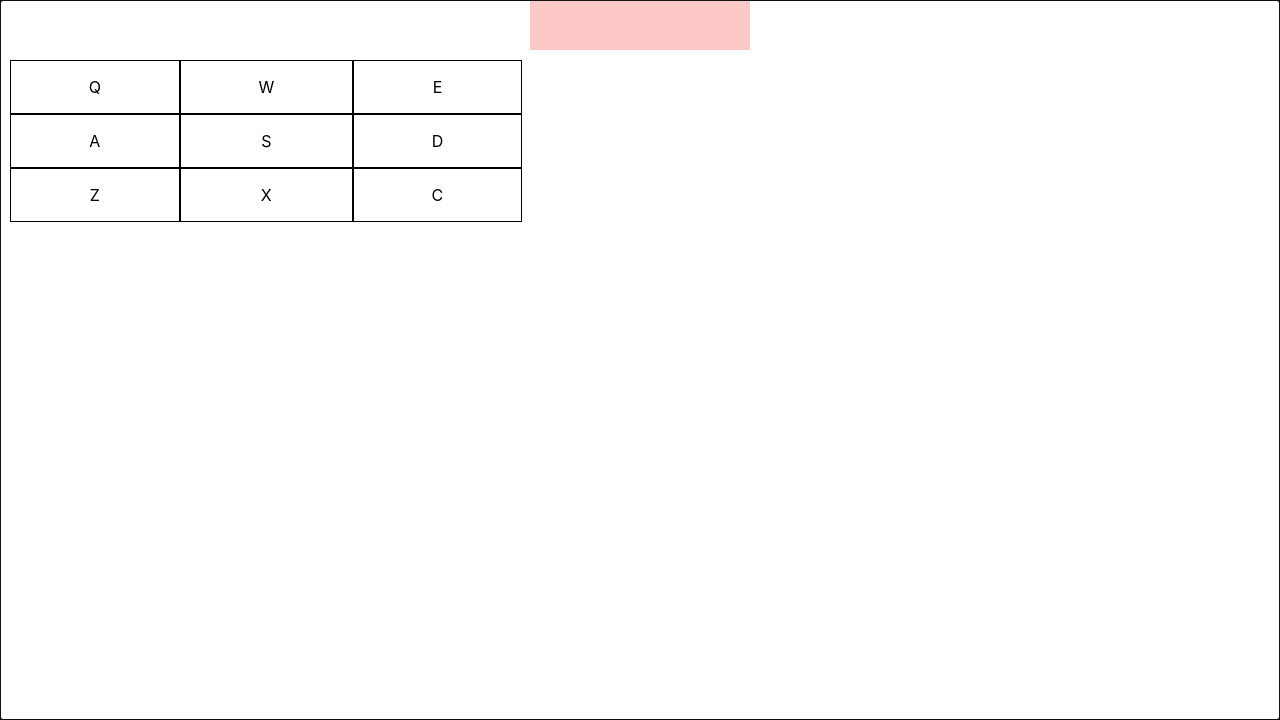
Repository: milac0/drum-machine
Page: /
An editor plug-in stored every save of this project. The page is shown before and after the next save, followed by the edit.
The browser window is 1280 px wide. The pictures show the whole page.
The project was rebuilt for these pictures with package versions that can differ from the ones it lists, and the page was loaded fresh each time.

Above is the page before, as saved 2019-10-25 17:07:24.

After the next save:
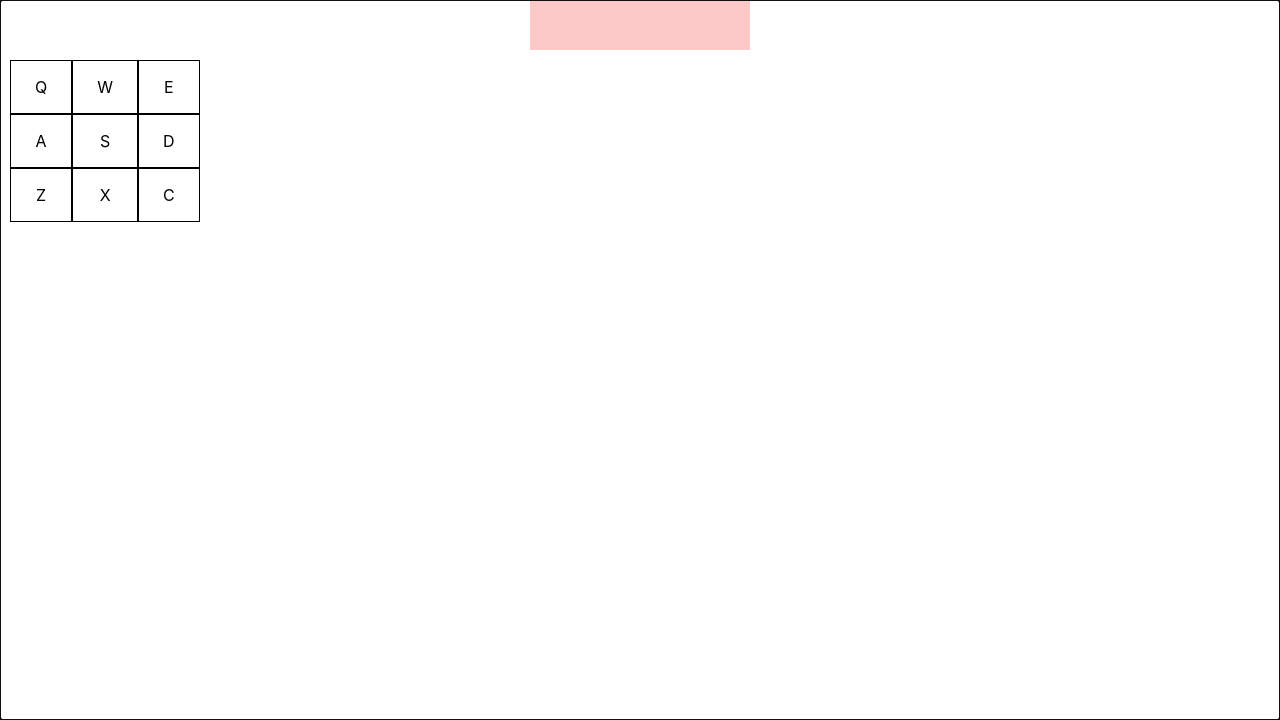
Saved 62 s later.
--- a/src/App.css
+++ b/src/App.css
@@ -4,13 +4,12 @@
 }
 
 #drum-pads {
-  width: 40%;
-  height: auto;
-  margin: 0 auto;
+  width: 80px;
+  height: 80px;
+  margin: 0;
   padding: 10px;
   position: relative;
   margin: 0 auto;
-  align-self: auto;
   display: inline-grid;
 }
 

After the 2 saves that followed:
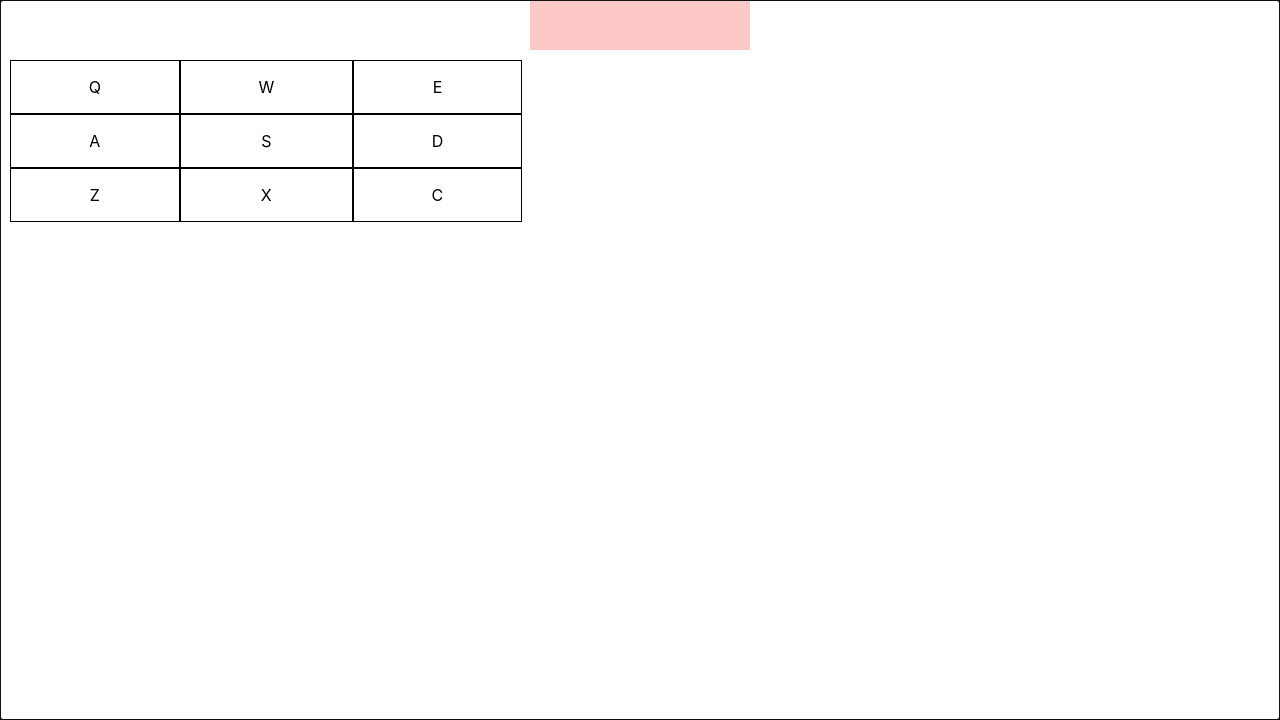
The 2 saves are shown as one change because 1 left the picture as it was.
The last was saved 103 s later.
--- a/src/App.css
+++ b/src/App.css
@@ -4,12 +4,13 @@
 }
 
 #drum-pads {
-  width: 80px;
-  height: 80px;
-  margin: 0;
+  width: 40%;
+  height: auto;
+  margin: 0 auto;
   padding: 10px;
   position: relative;
   margin: 0 auto;
+  align-self: auto;
   display: inline-grid;
 }
 
